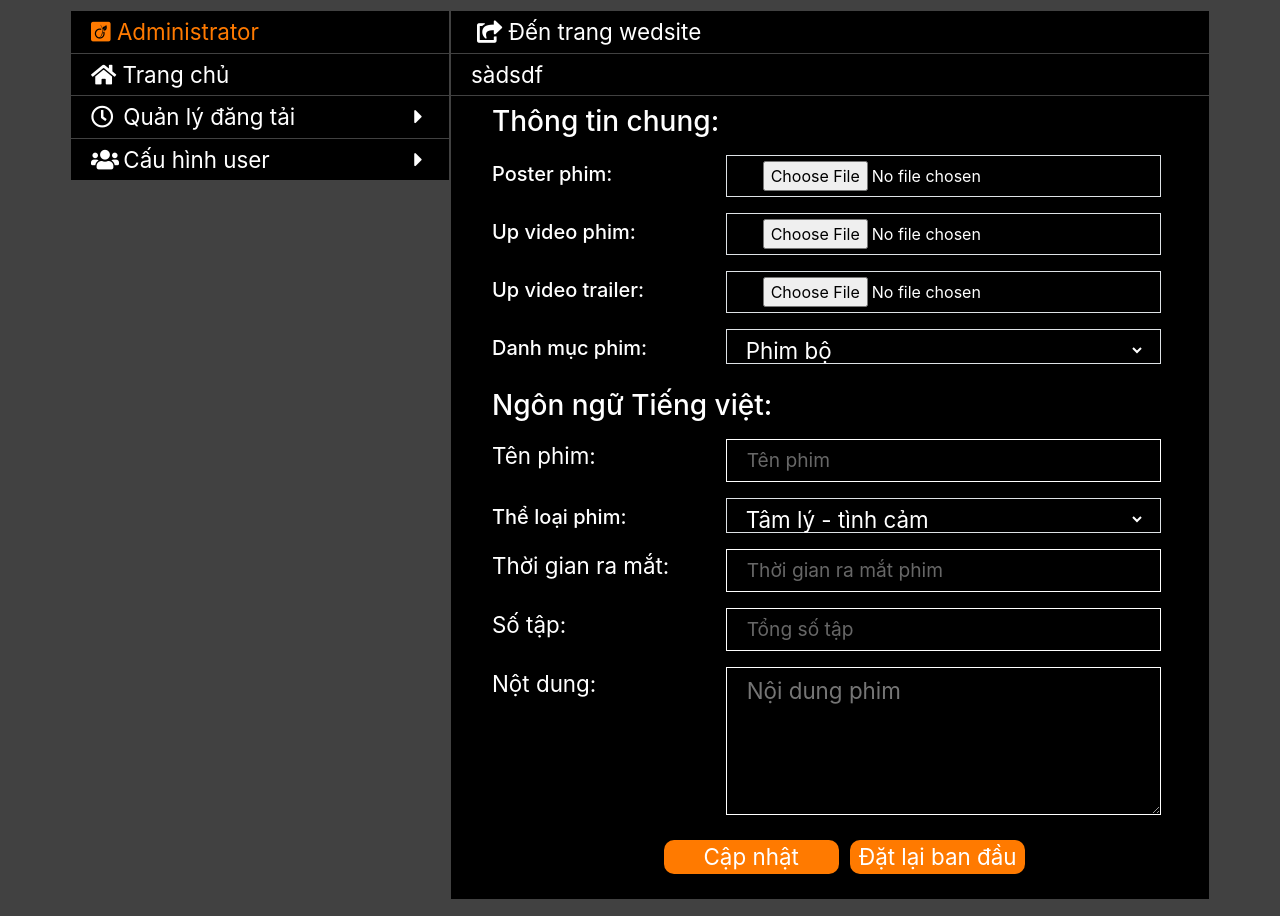
Repository: SonNguyen892002/Lau-Dai-Code
Page: http://localhost/wed-jdbc-1-2023/views/admin/dangtaiphim.jsp
The author's editor kept a copy of each file at every save. The page is drawn from the files as they stood at one save, then again after the next save.
The browser window is 1280 px wide. The pictures show the whole page.
The page is served by Tomcat 9. Nobody is signed in. The application's start-up code is not run. Other server files are loaded and not shown.

Above is the page before, as saved 2022-01-15 10:16:12.

### workspace/wed-jdbc-1-2023/src/main/webapp/views/admin/dangtaiphim.jsp
<%@ page language="java" contentType="text/html; charset=UTF-8"
	pageEncoding="UTF-8"%>

<%@ include file="header.jsp" %>

<form action="">

	<div class="black p2">
		<h3>Thông tin chung:</h3>

		<div class="row mt">
			<div class="col-xl-4">
				<h5>Poster phim:</h5>
			</div>

			<div class="col-xl-7 border">
				<input class="p2" type="file" name="" id="">
			</div>
		</div>

		<div class="row mt">
			<div class="col-xl-4">
				<h5>Up video phim:</h5>
			</div>

			<div class="col-xl-7 border">
				<input class="p2" type="file" name="" id="">
			</div>
		</div>

		<div class="row mt">
			<div class="col-xl-4">
				<h5>Up video trailer:</h5>
			</div>

			<div class="col-xl-7 border">
				<input class="p2" type="file" name="" id="">
			</div>
		</div>

		<div class="row mt mb">
			<div class="col-xl-4">
				<h5>Danh mục phim:</h5>
			</div>

			<div class="col-xl-7 border">
				<select name="danhmuc" id="">
					<option value="1">Phim bộ</option>
					<option value="2">Phim lẻ</option>
					<option value="3">Phim hoạt hình</option>
					<option value="4">Phim sắp chiếu</option>
				</select>
			</div>
		</div>
	</div>

	<div class="black p2">
		<h3>Ngôn ngữ Tiếng việt:</h3>

		<div class="row mt">
			<div class="col-xl-4">
				<label for="userfim">Tên phim:</label>
			</div>

			<div class="col-xl-7 p0">
				<input type="text" name="" id="userfim" placeholder="Tên phim">
			</div>
		</div>

		<div class="row mt">
			<div class="col-xl-4">
				<h5>Thể loại phim:</h5>
			</div>

			<div class="col-xl-7 border">
				<select name="danhmuc" id="">
					<option value="1">Tâm lý - tình cảm</option>
					<option value="2">Võ thuật</option>
					<option value="3">Phim Thiếu nhi</option>
					<option value="4">Khoa học - viễn tưởng</option>
					<option value="5">Cổ trang</option>
					<option value="6">Kinh dị</option>
					<option value="7">Hài hước</option>
				</select>
			</div>
		</div>

		<div class="row mt">
			<div class="col-xl-4">
				<label for="loock">Thời gian ra mắt:</label>
			</div>

			<div class="col-xl-7 p0">
				<input type="text" name="" id="loock"
					placeholder="Thời gian ra mắt phim">
			</div>
		</div>

		<div class="row mt">
			<div class="col-xl-4">
				<label for="episode">Số tập:</label>
			</div>

			<div class="col-xl-7 p0">
				<input type="text" name="" id="episode" placeholder="Tổng số tập">
			</div>
		</div>

		<div class="row mt mb">
			<div class="col-xl-4">
				<label for="textar">Nột dung:</label>
			</div>

			<div class="col-xl-7 p0">
				<textarea name="" id="textar" rows="4" placeholder="Nội dung phim"></textarea>
			</div>
		</div>

		<div class="row center mt mb">
			<div class="col-xl-3 col-lg-3 col-sm-3 col-3 p0">
				<input type="button" value="Cập nhật">
			</div>

			<div class="col-xl-3 col-lg-3 col-sm-3 col-3 p0">
				<input type="reset" value="Đặt lại ban đầu">
			</div>
		</div>
	</div>

</form>

<script>
	const btnA = document.querySelector('.t');
	console.log(btnA);
	btnA.innerHTML = "sàdsdf";
</script>

<%@ include file="footer.jsp" %>

### workspace/wed-jdbc-1-2023/src/main/webapp/views/admin/header.jsp
<%@ page language="java" contentType="text/html; charset=UTF-8"
    pageEncoding="UTF-8"%>
<!DOCTYPE html>
<html>
<head>
    <meta charset="UTF-8">
    <title>admin</title>
    <link rel="stylesheet" href="./styleadmin.css">
    <link rel="stylesheet" href="../fontawesome-free-5.15.3-web/css/all.min.css">
    <link rel="stylesheet" href="https://cdn.jsdelivr.net/npm/bootstrap@4.6.1/dist/css/bootstrap.min.css">
</head>
<body>

    <div class="container mb">
        <div class="row">

            <div class="col-xl-4 p0">

                <div class="black p2 sz">
                    <i class="fab fa-viadeo-square"></i>
                    Administrator
                </div>

                <div class="black p2">
                    <i class="fas fa-home"></i>
                    Trang chủ
                </div>

                <!-- QUẢN LÝ ĐĂNG TẢI -->
                <div class="black p2">
                    <div id="btn" onclick="Button()" class="row">
                        <div class="col-xl-1">
                            <i class="far fa-clock"></i>
                        </div>

                        <div class="col-xl-9">
                            <span>
                                Quản lý đăng tải
                            </span>
                        </div>

                        <div class="col-xl-2">
                            <span class="a">
                                <i class="fas fa-caret-right"></i>
                            </span>
                        </div>
                    </div>

                    <div id="menu" class="off">
                        <a href="./dangtaiphim.jsp" class="black p2">
                            <i class="fas fa-angle-right"></i>
                            <span>Đăng tải phim</span>
                        </a>

                        <a href="./qlphim.jsp" class="black p2">
                            <i class="fas fa-angle-right"></i>
                            <span>Quản lý phim</span>
                        </a>
                    </div>
                </div>

                <!-- CẤU HÌNH USER -->
                <div class="black p2">
                    <div id="btn" onclick="Button1()" class="row">
                        <div class="col-xl-1 col-lg-1 col-sm-1 col-1">
                            <i class="fas fa-users"></i>
                        </div>

                        <div class="col-xl-9 col-lg-9 col-sm-9 col-9">
                            <span>
                                Cấu hình user
                            </span>
                        </div>

                        <div class="col-xl-2 col-lg-2 col-sm-2 col-2">
                            <span class="a1">
                                <i class="fas fa-caret-right"></i>
                            </span>
                        </div>
                    </div>

                    <div id="menu1" class="off">
                        <a href="./tkadmin.jsp" class="black p2">
                            <i class="fas fa-angle-right"></i>
                            <span>Tài khoản admin</span>
                        </a>

                        <a href="./phanquyen.jsp" class="black p2">
                            <i class="fas fa-angle-right"></i>
                            <span>Phân quyền</span>
                        </a>

                        <a href="./qluser.jsp" class="black p2">
                            <i class="fas fa-angle-right"></i>
                            <span>Quản lý user</span>
                        </a>
                    </div>
                </div>

            </div>

            <div class="col-xl-8 p0">

                <div class="black p2">
                    <a href="#">
                        <i class="fas fa-share-square"></i>
                        Đến trang wedsite
                    </a>
                </div>

                <div class="black p2">
                    <span class="t">Quản lý đăng tải >></span>
                </div>

                <div class="black p2">

### workspace/wed-jdbc-1-2023/src/main/webapp/views/admin/footer.jsp
</div>
            </div>
        </div>

    </div>

    <script>
        const navMenu = document.querySelector('#menu');
        const navMenu1 = document.querySelector('#menu1');
        const navDown = document.querySelector('.a');
        const navDown1 = document.querySelector('.a1');

        function Button() {
            navMenu.classList.toggle('off');
            navDown.classList.toggle('down');
        }

        function Button1() {
            navMenu1.classList.toggle('off');
            navDown1.classList.toggle('down');
        }
    </script>

</body>
</html>

### workspace/wed-jdbc-1-2023/src/main/webapp/decorators/admin/styleadmin.css
:root{
    --color-orange: #FF7A00;
    --color-white: rgb(255, 255, 255);
    --background-black: #000;
}

*{
    padding: 0;
    margin: 0;
    box-sizing: border-box;
}

body{
    background-color: #414141 !important;
    font-size: 62.5%;
    font-family: 'Lato', sans-serif;
}

a{
    color: var(--color-white) !important;
    display: block;
    margin: 0 6px;
    transition: 0.2s;
}

.white{
    background-color: var(--color-white);
    color:rgb(73, 22, 22);
    padding: 6px 16px;
}

.backgr{
    background-color: var(--color-white);
    color:#000 !important;
    border-radius: 8px;
}

.backgr:hover{
    background-color: var(--color-orange);
    color:#fff !important;
}

.p3{
    padding: 2px 6px !important;
}

.p4{
    padding: 0 0 0 6px !important;
}

#btn:hover,
a:hover{
    text-decoration: none !important;
    color: var(--color-orange) !important;
    cursor: pointer;
}

.container{
    margin-top: 10px;
}

.black{
    background-color: var(--background-black);
    color: var(--color-white);
    font-size: 1.4rem;
}

.p0{
    padding: 0 !important;
}

.p2{
    padding: 4px 0 4px 20px;
    margin: 1px !important;
}

.mt{
    margin-top: 16px;
}

.m0{
    margin: 0 !important;
}

.mb{
    margin-bottom: 16px;
}

.mr{
    margin-right: 16px;
}

.sz{
    color: var(--color-orange);
}

.off{
    display: none;
}

.down{
    transform:rotate(90deg);
    display: inline-block;
}

.active{
    color: var(--color-orange) !important;
}

.border{
    border: 1px solid #fff;
}

.border input{
    font-size:1rem;
}

h5{
    transform: translateY(30%);
}

select{
    width: 100%;
    background-color: transparent;
    transform: translateY(14%);
    color: #fff;
    outline: none;
    border: none;
}

select option{
    color: #000;
}

input[type="text"],
input[type="password"],
textarea {
    width: 100%;
    background-color: transparent;
    border: 1px solid #fff;
    color: #fff;
    outline: none;
    padding: 6px 0 6px 20px;
    font-size:1.2rem;
}

input[type="text"]::placeholder{
    color: rgba(255, 255, 255, 0.404);
}

input[type="button"],
input[type="reset"]{
    width: 94%;
    color: var(--color-white);
    background-color: var(--color-orange);
    border-radius:10px;
    outline: none;
    border: none;
}

input[type="checkbox"]{
    transform: translateY(18%);
    width: 26px;
    height: 26px;
}

.ct,
td,th{
    text-align: center !important;
}

.center{
    justify-content: center;
}

table{
    width: 98%;
}

th{
    border: 1px solid rgba(255, 72, 0, 0.5);
    font-size: 1.4rem;
    font-weight: 500;
}

td{
    background: var(--color-white);
    border: 1px solid rgba(255, 72, 0, 0.5);
    color: #000;
    font-weight: 900;
}

#btnPassword{
    position: relative;
}

#btnPassword i{
    transform: translateY(20%);
}

#btnPassword::before{
    content: "";
    position: absolute;
    top: 46%;
    left: -8%;
    width: 80%;
    height: 2px;
    background: var(--color-white);
    display: block;
    transform:rotate(45deg);
}

.b::before{
    display: none !important;
}

Loaded but not shown: workspace/wed-jdbc-1-2023/src/main/webapp/template/icon/fontawesome-free-5.15.3-web/css/all.min.css (library)

After the next save:
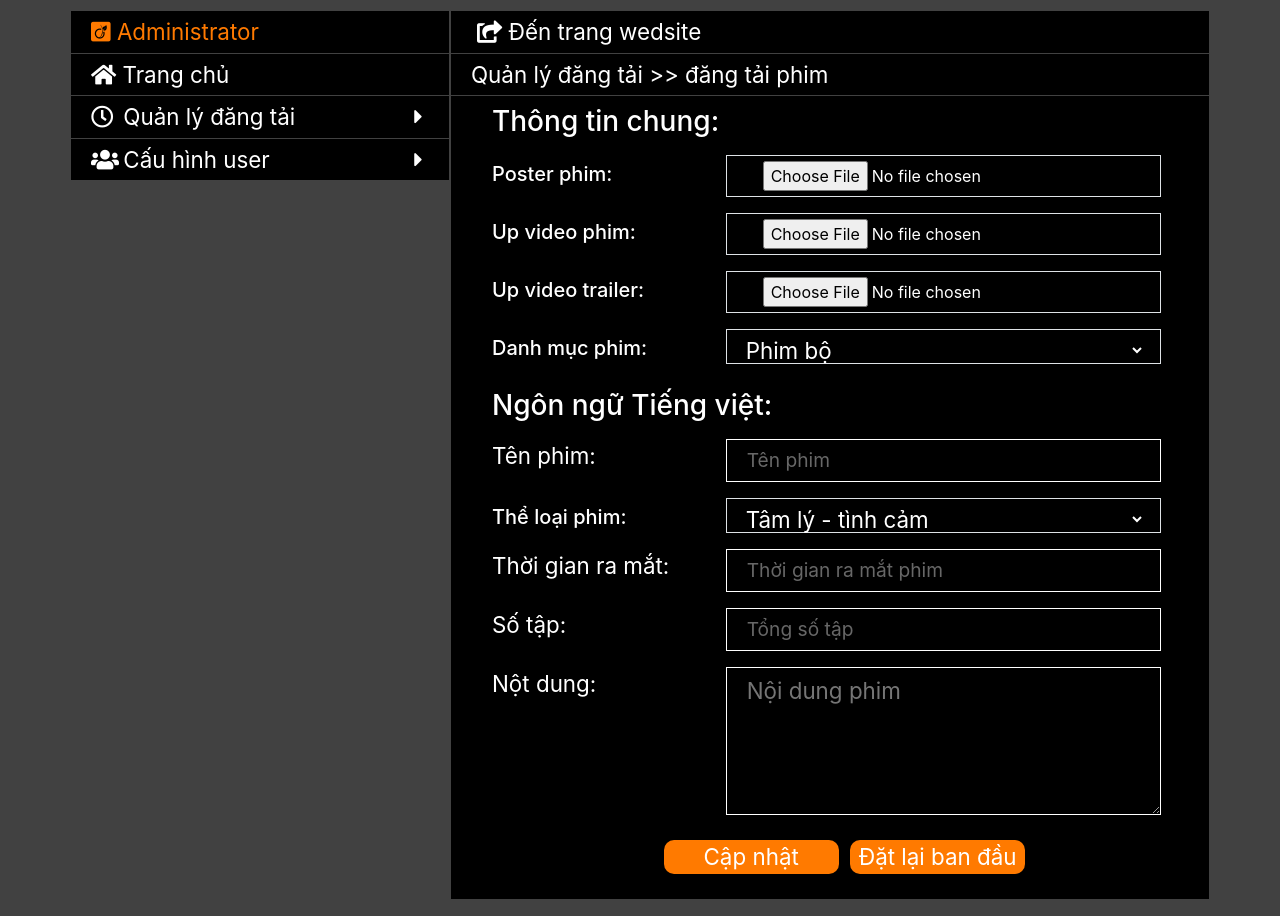
Saved 30 s later.
--- a/workspace/wed-jdbc-1-2023/src/main/webapp/views/admin/dangtaiphim.jsp
+++ b/workspace/wed-jdbc-1-2023/src/main/webapp/views/admin/dangtaiphim.jsp
@@ -132,7 +132,7 @@
 <script>
 	const btnA = document.querySelector('.t');
 	console.log(btnA);
-	btnA.innerHTML = "sàdsdf";
+	btnA.innerHTML = "Quản lý đăng tải >> đăng tải phim";
 </script>
 
 <%@ include file="footer.jsp" %>
